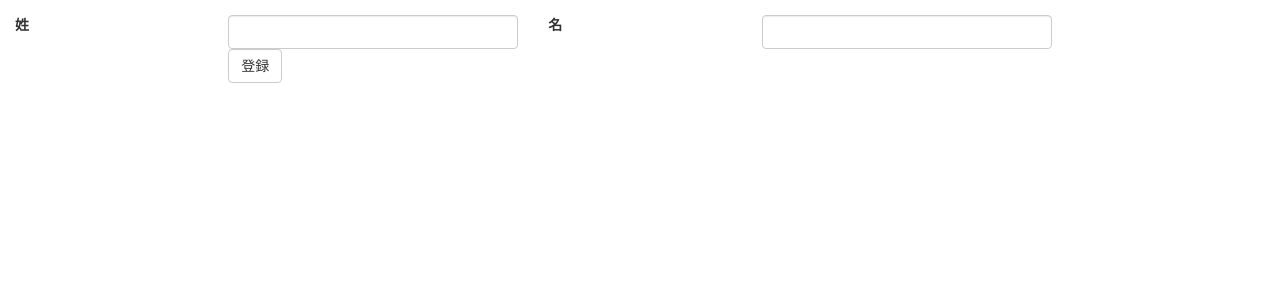
Repository: erinakatagiri/gomi
Page: bootstrap_lesson.html
The author's editor kept a record of every edit. The page is drawn from the files as they stood at one moment, then again after the next edit.
The browser window is 1280 px wide. The pictures show the whole page.

Above is the page before.

After the next edit:
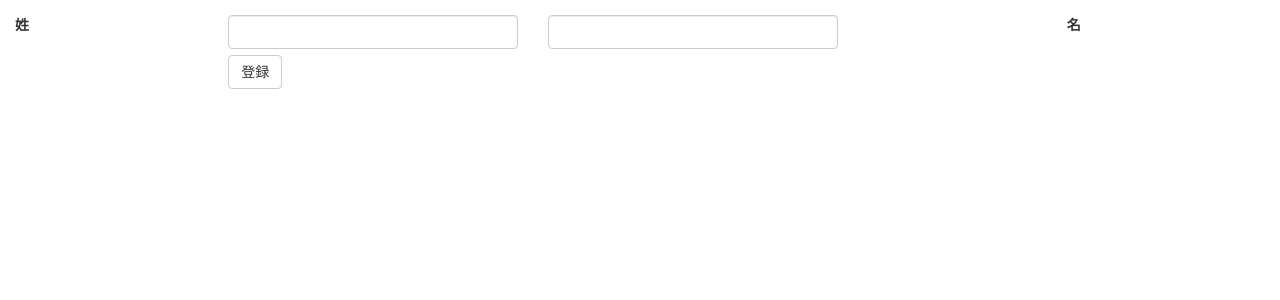
The edit:
--- a/bootstrap_lesson.html
+++ b/bootstrap_lesson.html
@@ -37,7 +37,7 @@
 
   <!-- row -->
   <div class="form-group">
-    <label class="col-xs-2 control-label">名</label>
+    <label class="col-xs-offset-2 control-label">名</label>
     <div class="col-xs-3">
       <input type="text" class="form-control"  name="
       firstname">
